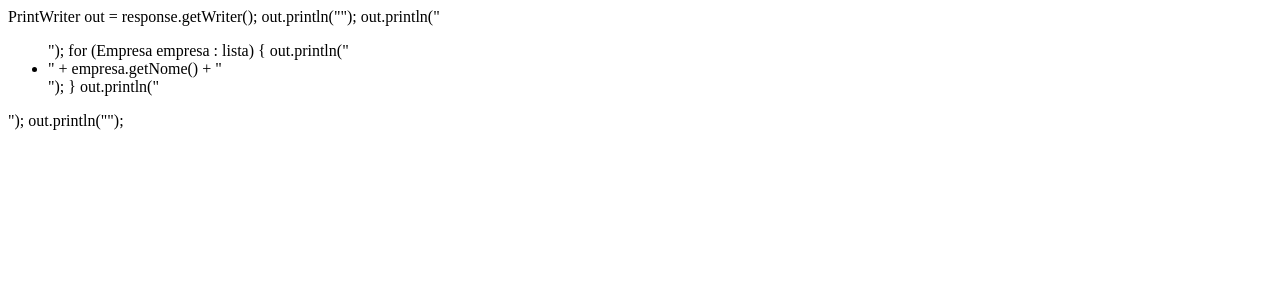
Repository: koyama8/Java_Web
Page: http://localhost/gerenciador/listaEmpresas.jsp
These files come from the project's save history. The page is drawn as it stood at one moment and after the next save; the edit follows.
The browser window is 1280 px wide. The pictures show the whole page.
The page is served by Tomcat 9. Other server files are loaded and not shown.

Above is the page before, as saved 2023-11-20 18:25:09.

### gerenciador/WebContent/listaEmpresas.jsp
<%@ page language="java" contentType="text/html; charset=ISO-8859-1"
    pageEncoding="ISO-8859-1"%>
<!DOCTYPE html>
<html>
<head>
<meta charset="ISO-8859-1">
<title>Insert title here</title>
</head>
<body>

 PrintWriter out = response.getWriter();

		 out.println("<html><body>");
		 out.println("<ul>");

		 for (Empresa empresa : lista) {
			out.println("<li>" + empresa.getNome() + "</li>");
		}

		 out.println("</ul>");
		 out.println("</body></html>");

</body>
</html>

After the next save:
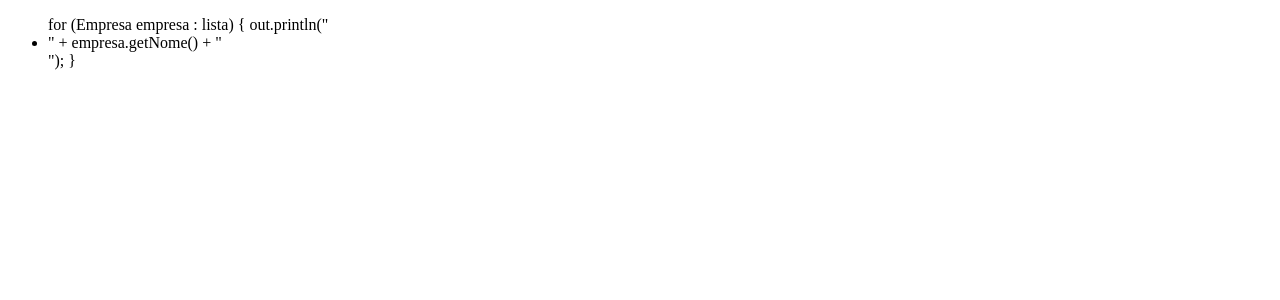
Saved 41 s later.
--- a/gerenciador/WebContent/listaEmpresas.jsp
+++ b/gerenciador/WebContent/listaEmpresas.jsp
@@ -8,17 +8,16 @@
 </head>
 <body>
 
- PrintWriter out = response.getWriter();
 
-		 out.println("<html><body>");
-		 out.println("<ul>");
 
+
+   <ul>
 		 for (Empresa empresa : lista) {
 			out.println("<li>" + empresa.getNome() + "</li>");
 		}
 
-		 out.println("</ul>");
-		 out.println("</body></html>");
+    </ul>
+
 
 </body>
 </html>
